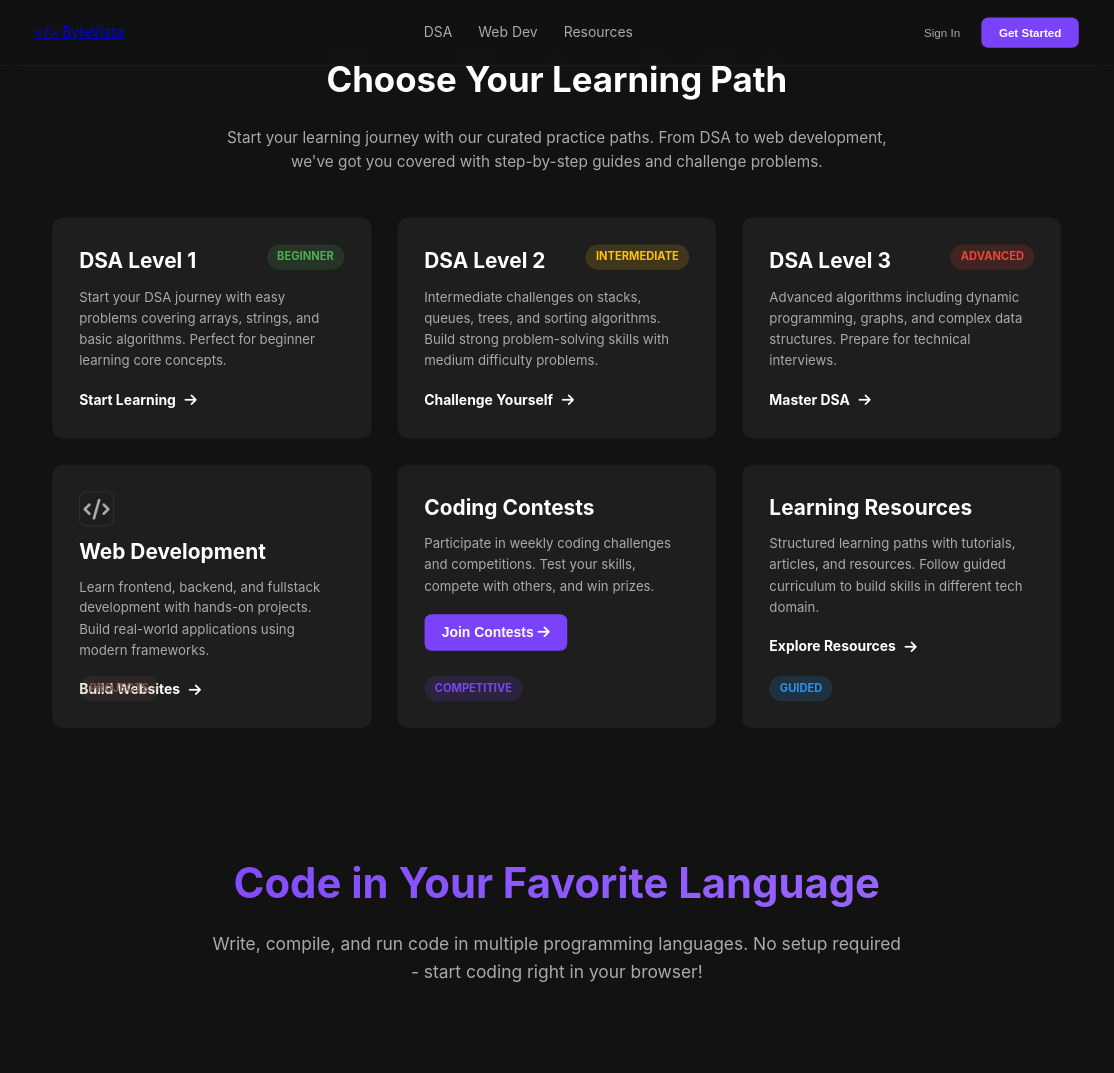
Repository: biswaranjansatapathy2005-lang/ByteVista
Page: frontend/course/course.html
The author's editor kept a copy of each file at every save. The page is drawn from the files as they stood at one save, then again after the next save.
The browser window is 1280 px wide. The pictures show the whole page, at 87% of full size.

Above is the page before, as saved 2025-12-13 02:27:36.

After the next save:
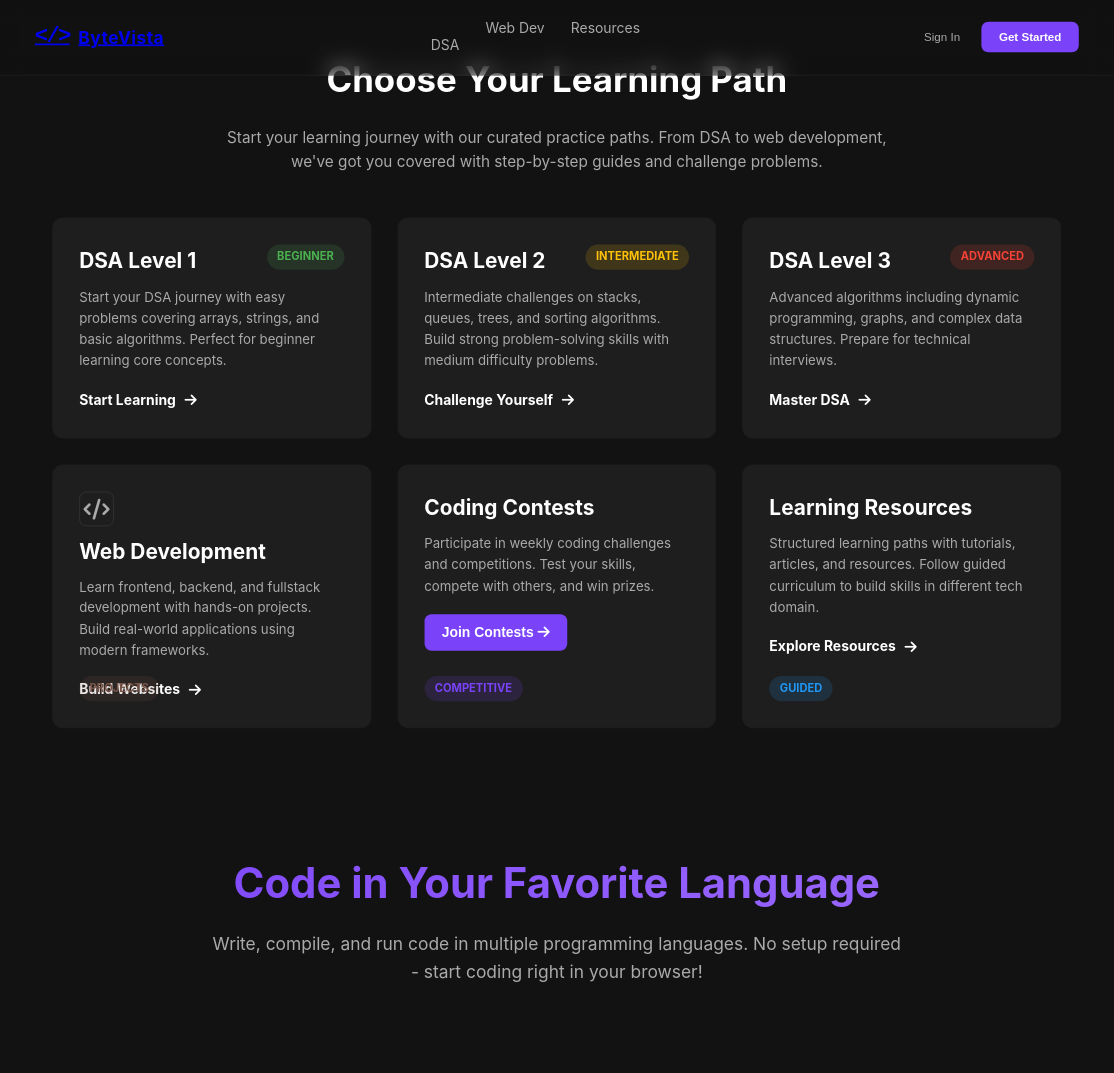
Saved 82 s later.
--- a/frontend/course/course.css
+++ b/frontend/course/course.css
@@ -76,10 +76,23 @@
     padding: 12px 40px;                         /* tighten navbar */
     border-bottom: 1px solid rgba(255, 255, 255, 0.12);
 }
-
-.logo {
+/* Logo */
+.brand-logo {
+    display: flex;
+    align-items: center;
+    gap: 10px;
+}
+.logo-icon {
+    font-family: 'Courier New', monospace;
+    color: var(--primary-color);
+    font-weight: 800;
+    font-size: 1.6rem;
+    letter-spacing: -2px;
+}
+.logo-text {
+    font-weight: 700;
     font-size: 1.25rem;
-    color: var(--color-text-primary);
+    letter-spacing: 0.5px;
 }
 
 nav ul {
